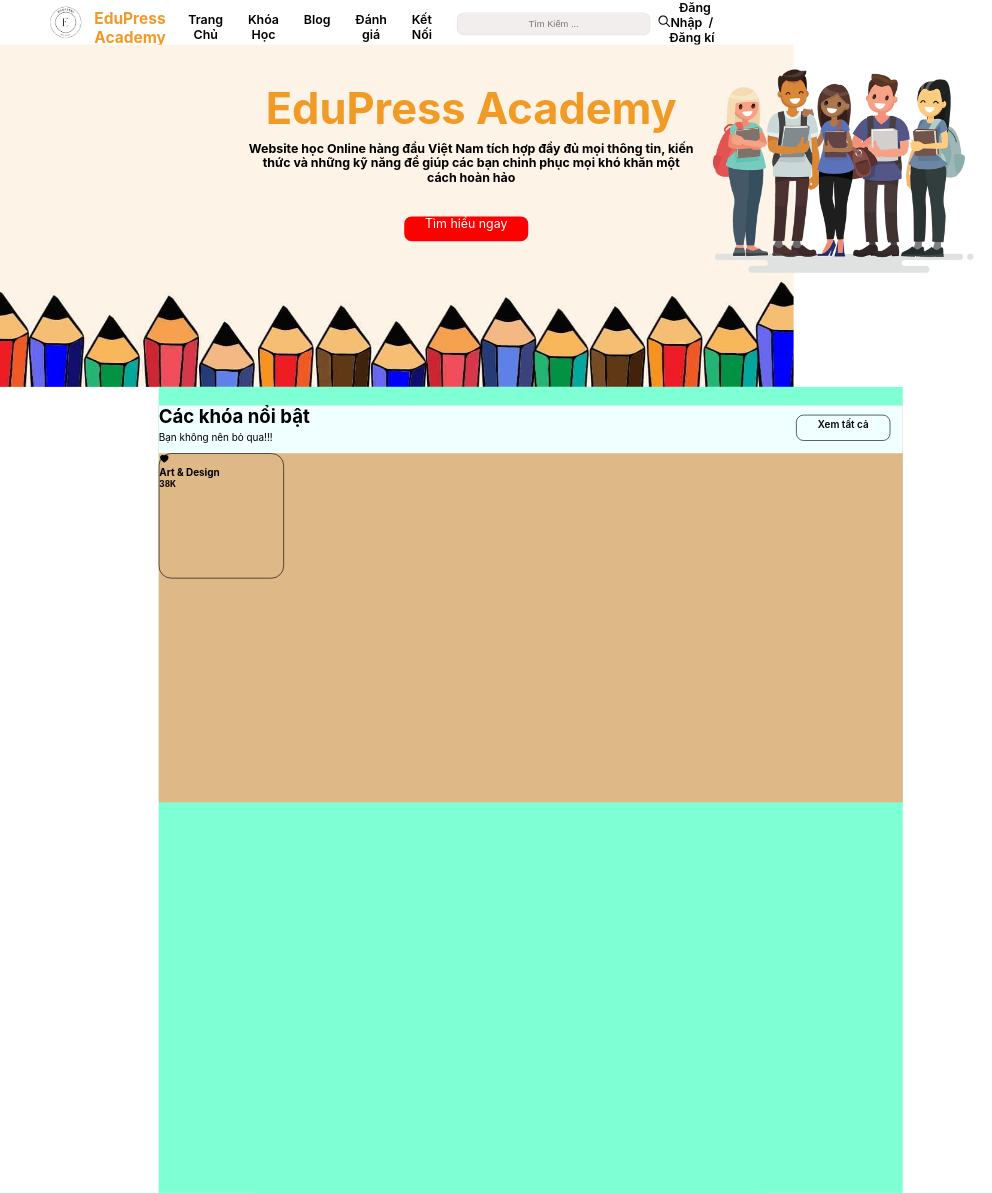
Repository: hieu1802/WebsiteEdupress
Page: / (app in my-app/)
The author's editor kept a copy of each file at every save. The page is drawn from the files as they stood at one save, then again after the next save.
The browser window is 1280 px wide. The page is 1600 px wide, so the pictures cover 1600 px, including what lies to the right of the window. The pictures show the whole page, at 62% of full size.
The project was rebuilt for these pictures with package versions that can differ from the ones it lists, and the page was loaded fresh each time. Also part of the build but not shown: my-app/src/App.css.

Above is the page before, as saved 2024-07-24 00:30:37.

### my-app/src/App.jsx
import logo from './logo.svg';
import './App.css';
import HomePage from './Components/HomePage/HomePage.jsx';

function App() {
  return (
  <>
    <HomePage/>
  </>
  );
}

export default App;

### my-app/src/Components/HomePage/HomePage.jsx
import React from 'react'
import Header from './Header.jsx'
import { ContainerPage } from './ContainerPage.jsx'

function HomePage() {
  return (
    <>
      <Header/>
      <ContainerPage/>
    </>
  )
}

export default HomePage

### my-app/src/Components/HomePage/Header.jsx
import React from 'react'
import img01 from '../img/EduPress.png'
import img02 from '../img/img02.jpg'
import img03 from '../img/img03.png'
import './HomePage.css'
import { IoIosSearch } from "react-icons/io";

function Header() {
  return (
    <>
        <div className='Header'>
            <div className='logoHeader'>
                <img src={img01}/>
                <h3>EduPress Academy</h3>
            </div>
            <ul>
                <li>Trang Chủ</li>
                <li>Khóa Học</li>
                <li>Blog</li>
                <li>Đánh giá</li>
                <li>Kết Nối</li>
                <div className='ulInput'>
                    <input placeholder='Tìm Kiếm ...'/>
                    <div className='btnHeader'><IoIosSearch  className='btnIcon'/></div>
                </div>

            </ul>
            <div className='loginHeader'>
                <div><span>Đăng Nhập</span>/<span>Đăng kí</span></div>

            </div>
        </div>
        <div className='posterHeader'>
            <img src={img02}/>
            <div className='posterContent'>
               <div className='posterSologun'>
                  <h1>EduPress Academy</h1>
                  <h2>Website học Online hàng đầu Việt Nam tích hợp đầy đủ mọi thông tin, kiến thức và những kỹ năng để giúp các bạn chinh phục mọi khó khăn một cách hoàn hảo</h2>
                  <div className='btnPoster'>Tìm hiểu ngay </div>
               </div>
               <div className='posterAvatar'>
                  <img src={img03}/>
               </div>
            </div>
        </div>
    </>

  )
}

export default Header

### my-app/src/Components/HomePage/ContainerPage.jsx
import React from 'react'
import { AiFillHeart } from "react-icons/ai";

export const ContainerPage = () => {
  return (
    <div className='ContainerPage'>
       <div className='categories'>
          <div className='textCategories'>
            <div className='topCategories'>
              <h3>Các khóa nổi bật</h3>
              <p>Bạn không nên bỏ qua!!!</p>
            </div>
            <div className='btnCategories'> <p>Xem tất cả</p></div>
          </div>
          <div className='boxCategories'>
              <div className='miniBox'>
                  <AiFillHeart/>
                  <h4>Art & Design</h4>
                  <h5>38K</h5>
              </div>
          </div>
       </div>
    </div>
  )
}

### my-app/src/Components/HomePage/HomePage.css
*{
    margin: 0;
    padding: 0;
    list-style: none;
}

.Header{
    width: 100%;
    height: 72px;
    display: flex;
    justify-content: space-between;

}

.logoHeader{
    width: 25%;
    height: 100%;
    display: flex;
    gap: 10px;
    margin-left: 70px;
}


h3{
    font-size: 25px;
    margin-top: 15px;
    color: rgba(241, 152, 34, 0.979);
}

.Header > ul{

    display: flex;
    width:60%;
}

.Header > ul > li{
    width: 100px;
    text-align: center;
    padding: 20px;
    font-size: 20px;
    font-weight: 600;
    cursor: pointer;
}

.Header > ul > li:hover{
    background-color: rgba(246, 243, 238, 0.633);
    color: rgba(241, 152, 34, 0.979);
}

.ulInput{
    width: 400px ;
    padding: 20px;
    display: flex;
}

.ulInput > input{
    margin-right:10px;
    text-align: center;
    font-size: 15px;
    width: 400px;
    height: 35px;
    border: 1px solid #00000010;
    background-color: rgba(240, 234, 234, 0.815);
    border-radius: 12px;
}

.btnHeader{
    width: 100px;
    margin: auto;
    cursor: pointer;
}
.btnIcon{
    font-size: 25px;
}
.loginHeader{
    display: flex;
    width: 15%;
    height: 72px;
    margin-right: 100px;
    cursor: pointer;
}

.loginHeader > div{
   margin: auto;
   font-size: 20px;
   font-weight: 600;
   text-align: center;
}

.loginHeader > div > span{
    margin: 10px;
}

.loginHeader > div > span:hover {
    color: rgba(241, 152, 34, 0.979);
}

.posterHeader{
    width: 100%;
    height: 552px;
    background-color: black;
    display: flex;
}

.posterHeader > img{
    width: 100%;
}

.posterContent{
    position: absolute;
    display: flex;
    margin-left: 400px;
    margin-top: 10px;
    width: 1200px;
    height: 400px;

    z-index: 999;
}

.posterSologun{
    width: 60%;
}

.posterSologun > h1{
    font-size: 70px;
    text-align: center;
    color: rgba(241, 152, 34, 0.979);
    margin-top: 50px;
    margin-bottom: 10px;
}

.posterSologun > h2{
    font-size: 20px;
    text-align: center;
}

.btnPoster{
    width: 200px;
    height: 40px;
    background-color: red;
    font-size: 20px;
    color: #fff;
    text-align: center;
    border-radius: 12px;
    cursor: pointer;
    gap: 10px;
    margin-top: 50px;
    margin-left: 35%;
}

.posterAvatar{
    width: 35%;
    margin-left: 30px;

}

.posterAvatar > img{
    width: 100%;
    margin-top: 30px;
}

/************************ContainerPage**************************/

.ContainerPage{
    position: relative;
    width: 1200px;
    height: 1300px;
    background-color: aquamarine;
    margin-left: 20%;
}

.categories{
    position: absolute;
    width: 100%;
    height: 640px;
    background-color: burlywood;
    margin-top: 30px;
}

.textCategories{
    width: 100%;
    height: 77px;
    background-color: azure;
    display: flex;
    justify-content: space-between;
}
.topCategories>h3{
    color: black;
    font-size: 30px;
    margin-bottom: 5px;
    margin-top: 0px;
}

.topCategories>p{

}
.btnCategories{
    width: 150px;
    height: 40px;
    border: 1px solid #000000;
    border-radius: 12px;
    margin-top: 15px;
    margin-right: 20px;
}

.btnCategories > p{
    text-align: center;
    margin-top: 5px;
    font-weight: 600;
}

.boxCategories{
    width: 100%;
    height: 100%;
    display: flex;
}

.miniBox{
    width: 200px;
    height: 200px;
    border: 1px solid #000000;
    border-radius: 20px;
    padding: auto;
}

Loaded but not shown: my-app/public/index.html (common file); my-app/src/index.js (common file); my-app/src/index.css (common file); my-app/src/reportWebVitals.js (common file)

After the next save:
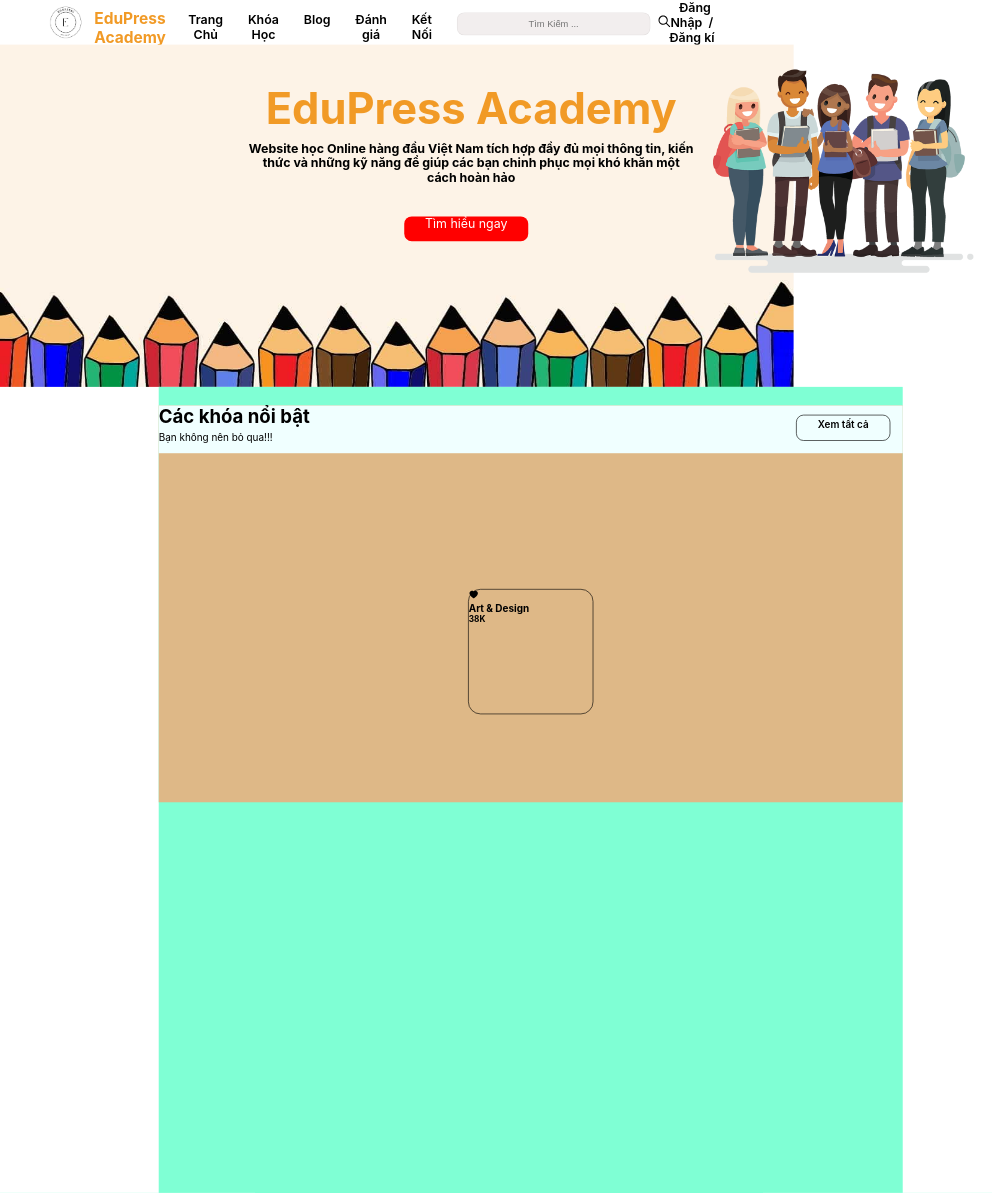
Saved 11 s later.
--- a/my-app/src/Components/HomePage/HomePage.css
+++ b/my-app/src/Components/HomePage/HomePage.css
@@ -220,5 +220,4 @@
     height: 200px;
     border: 1px solid #000000;
     border-radius: 20px;
-    padding: auto;
-}
+    margin: auto;

After the 2 saves that followed:
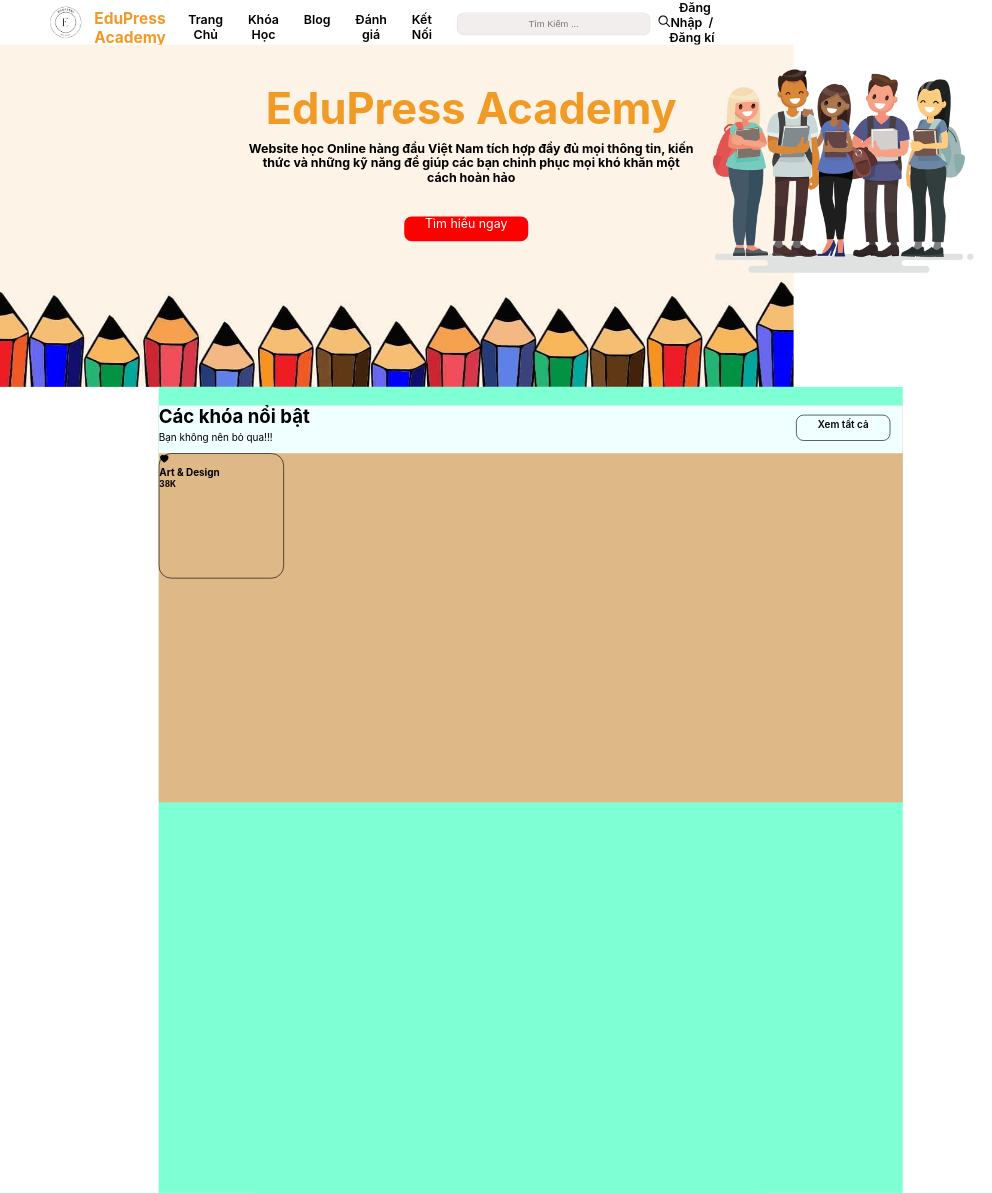
The 2 saves are shown as one change because 1 left the picture as it was.
The last was saved 32 s later.
--- a/my-app/src/Components/HomePage/HomePage.css
+++ b/my-app/src/Components/HomePage/HomePage.css
@@ -220,4 +220,4 @@
     height: 200px;
     border: 1px solid #000000;
     border-radius: 20px;
-    margin: auto;
+}
